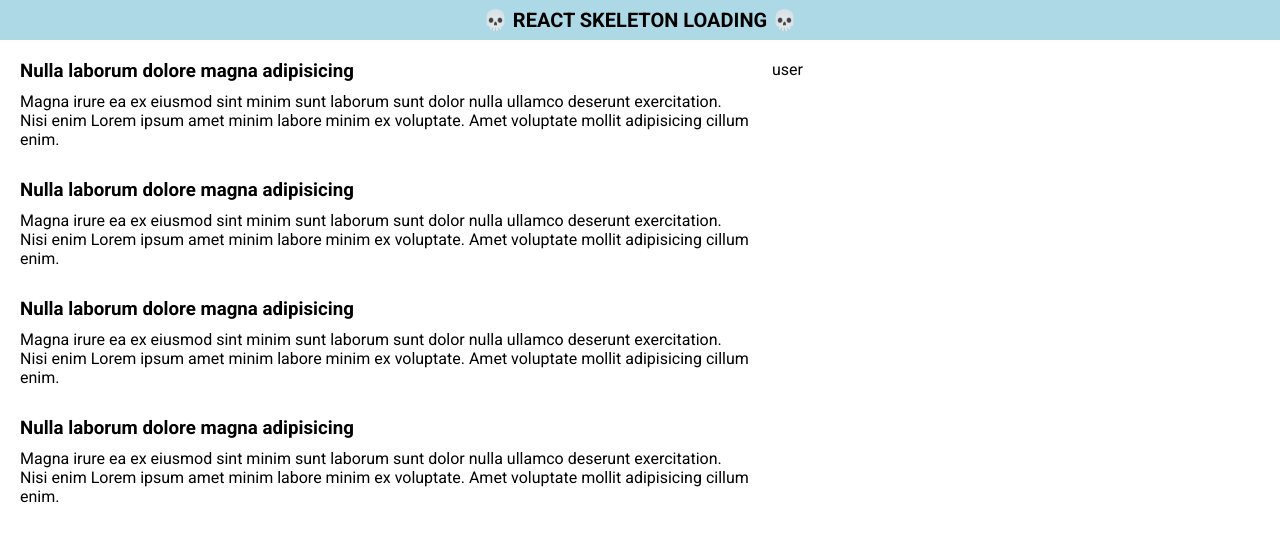
Repository: ethanJones21/React-Skeleton-Loading
Page: /
These files come from the project's save history. The page is drawn as it stood at one moment and after the next save; the edit follows.
The browser window is 1280 px wide. The pictures show the whole page.
The project was rebuilt for these pictures with package versions that can differ from the ones it lists, and the page was loaded fresh each time.

Above is the page before, as saved 2020-11-26 02:12:54.

### public/index.html
<!DOCTYPE html>
<html lang="en">
  <head>
    <meta charset="utf-8" />
    <link rel="icon" href="%PUBLIC_URL%/favicon.ico" />
    <meta name="viewport" content="width=device-width, initial-scale=1" />
    <meta name="theme-color" content="#000000" />
    <meta name="description" content="React skeleton loading" />
    <link rel="preconnect" href="https://fonts.gstatic.com" />
    <link
      href="https://fonts.googleapis.com/css2?family=Roboto:wght@100;300;400;500;700;900&display=swap"
      rel="stylesheet"
    />
    <title>React Skeleton</title>
  </head>
  <body>
    <noscript>You need to enable JavaScript to run this app.</noscript>
    <div id="root"></div>
  </body>
</html>

### src/App.js
import './App.css';
import Header from './components/Header';
import Posts from './components/Posts';
import User from './components/User';

function App() {
  return (
    <div className="app">
      <Header/>

      <div className="appContainer">
        <Posts/>
        <User/>
      </div>
    </div>
  );
}

export default App;

### src/App.css
*{
    margin: 0;
    font-family: 'Roboto', sans-serif;
}
.appContainer{
    display: flex;
    padding: 20px;
}

### src/components/Header.js
import React from 'react';
import "./Header.css"

const Header = () => {
    return (
        <div className="header">
            <span>💀 REACT SKELETON LOADING 💀 </span>
        </div>
    );
};

export default Header;

### src/components/Posts.js
import React from 'react';
import Post from './Post';
import "./Posts.css"

const Posts = () => {
    return (
        <div className="posts">
            <Post/>
            <Post/>
            <Post/>
            <Post/>
        </div>
    );
};

export default Posts;

### src/components/User.js
import React from 'react';
import "./User.css"

const User = () => {
    return (
        <div className="user">
            user
        </div>
    );
};

export default User;

### src/components/Header.css
.header{
    display: flex;
    align-items: center;
    justify-content: center;
    height: 40px;
    width: 100%;
    background-color: lightblue;
    font-weight: 600;
    font-size: 20px;
}

### src/components/Post.js
import React from "react";
import "./Post.css";

const Post = () => {
  return (
    <div className="post">
      <h3 className="postTitle">
        Nulla laborum dolore magna adipisicing
      </h3>
      <p className="postDesc">
        Magna irure ea ex eiusmod sint minim sunt laborum sunt dolor nulla
        ullamco deserunt exercitation. Nisi enim Lorem ipsum amet minim labore
        minim ex voluptate. Amet voluptate mollit adipisicing cillum enim.
      </p>
    </div>
  );
};

export default Post;

### src/components/Posts.css
.posts{
    flex: 0.6;
    margin-right: 20px;
}

### src/components/User.css
.user {
  flex: 0.4;
}

### src/components/Post.css
.post{
    margin-bottom: 30px;
}

.postTitle{
    margin-bottom: 10px;
}

Loaded but not shown: src/index.js (common file)

After the next save:
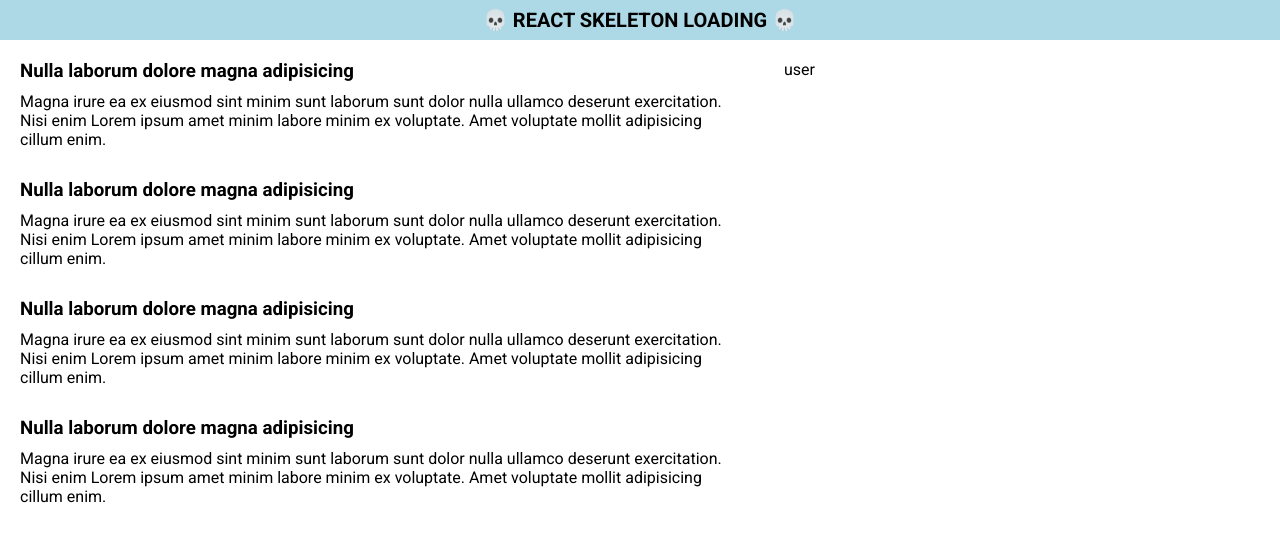
Saved 7 s later.
--- a/src/components/Posts.css
+++ b/src/components/Posts.css
@@ -1,4 +1,4 @@
 .posts{
     flex: 0.6;
-    margin-right: 20px;
+    margin-right: 50px;
 }
